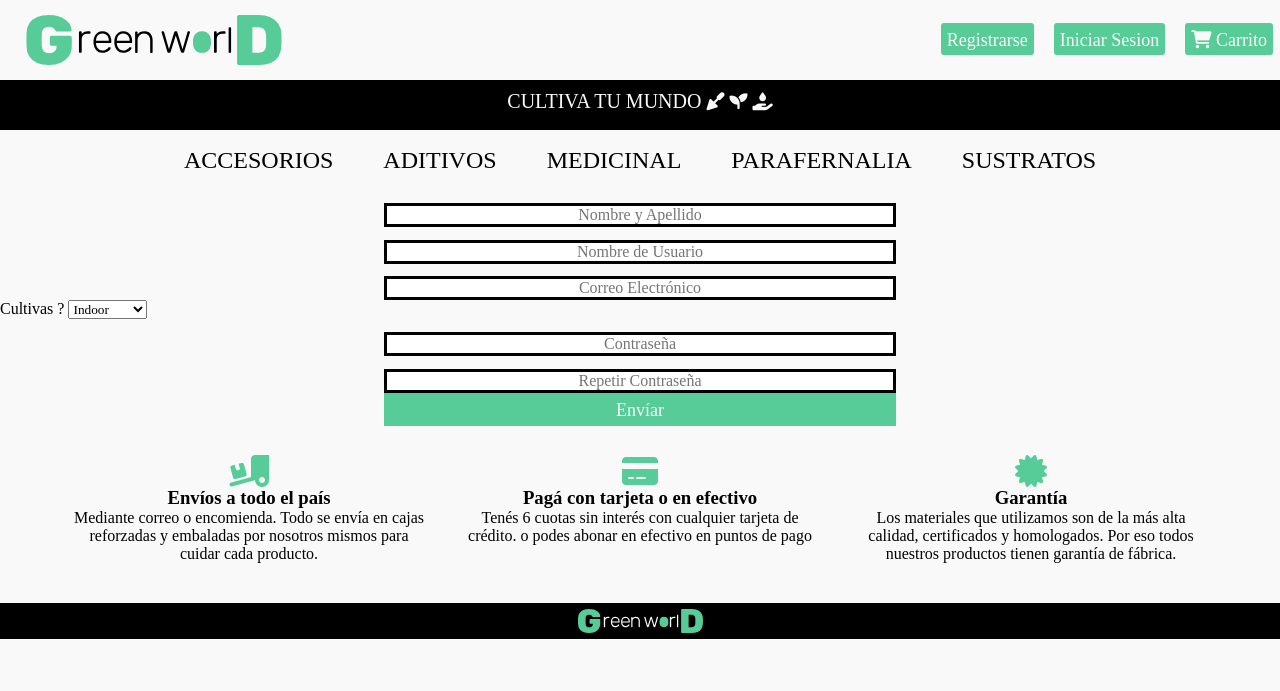
Repository: francoG98/grupo_9_Green_World
Page: source/views/register.html
The author's editor kept a copy of each file at every save. The page is drawn from the files as they stood at one save, then again after the next save.
The browser window is 1280 px wide. The pictures show the whole page.
Some web fonts or font styles are not loaded; a fallback is used. Some web libraries are served in a nearby version.

Above is the page before, as saved 2022-06-24 20:12:09.

After the next save:
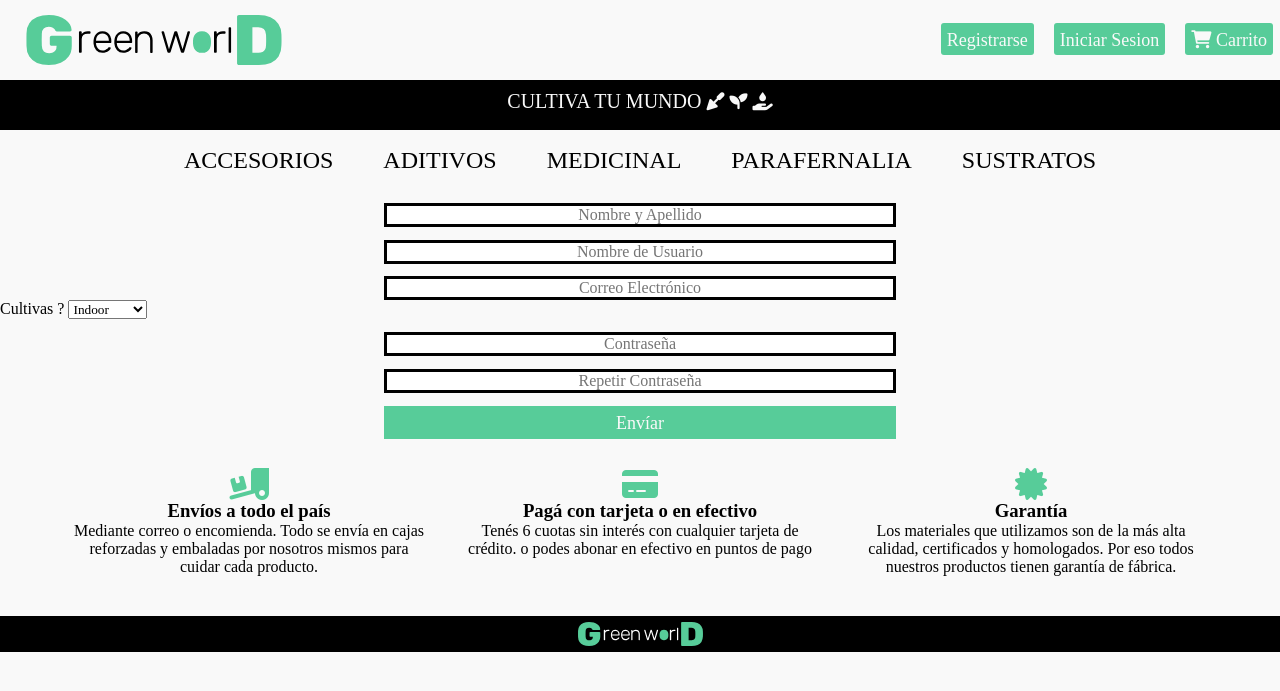
Saved 28 s later.
--- a/public/css/main-register.css
+++ b/public/css/main-register.css
@@ -16,6 +16,7 @@ a button{
         justify-content: center;
         text-align: center;
         margin-left: 30%;
+        margin-top: 1%
 }
 input{
     margin-left: 30%;
